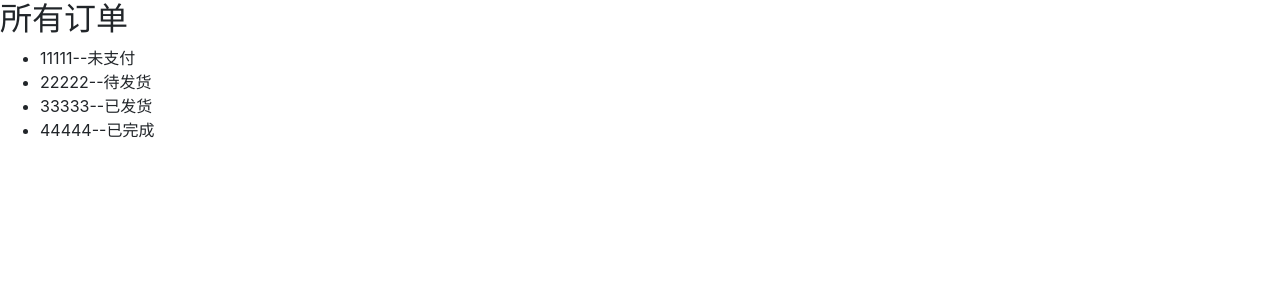
Repository: zenghao518518/Vue
Page: 3-条件渲染/条件渲染.html
The author's editor kept a copy of each file at every save. The page is drawn from the files as they stood at one save, then again after the next save.
The browser window is 1280 px wide. The pictures show the whole page.

Above is the page before, as saved 2023-08-14 13:46:25.

After the next save:
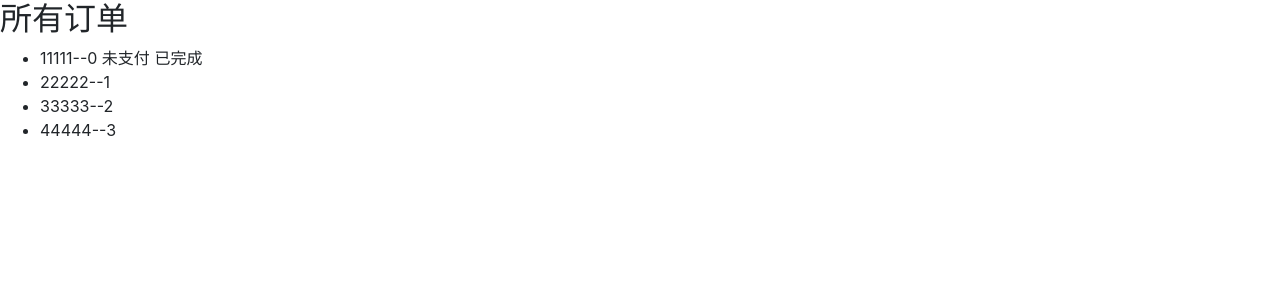
Saved 16 min 57 s later.
--- a/3-条件渲染/条件渲染.html
+++ b/3-条件渲染/条件渲染.html
@@ -27,6 +27,11 @@
         <ul>
             <li v-for='item in datalist'>
                 {{item.title}}--{{item.state}}
+
+                <span v-if="item.state===0">未支付</span>
+                <span v-else-if="item.state===0">待发货</span>
+                <span v-else-if="item.state===0">已发货</span>
+                <span v-if="item.state===0">已完成</span>
             </li>
         </ul>
     </div>
@@ -41,19 +46,19 @@
                datalist:[
                 {
                     title:"11111",
-                    state:"未支付"
+                    state:0
                 },
                 {
                     title:"22222",
-                    state:"待发货"
+                    state:1
                 },
                 {
                     title:"33333",
-                    state:"已发货"
+                    state:2
                 },
                 {
                     title:"44444",
-                    state:"已完成"
+                    state:3
                 },
                ]
 
